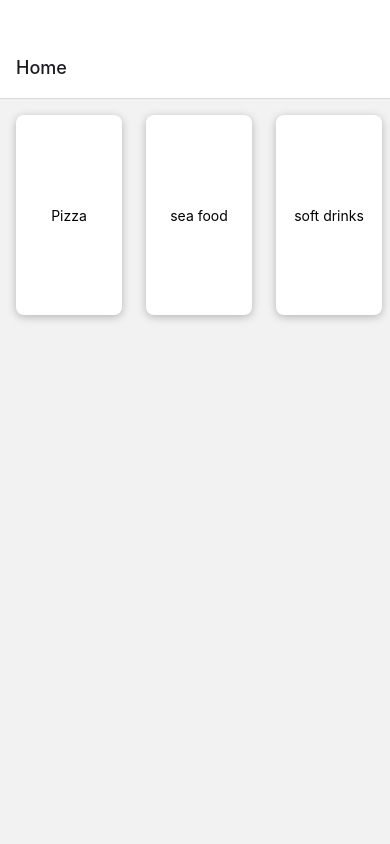
Repository: Esraa22M/ReactNative
Screen: /
The author's editor kept a copy of each file at every save. The screen is drawn from the files as they stood at one save, then again after the next save.
Pictures or frames that could not be fetched are drawn as grey boxes. The app was drawn by React Native's web renderer in a window 390 px wide. The project was rebuilt for these pictures with package versions that can differ from the ones it lists, and the page was loaded fresh each time. Also part of the build but not shown: src/components/header/header.component.js, src/colors/front-screen-colors/user-auth-colors.js, src/components/header/header.styles.js, src/components/textInput/textInput.styles.js, src/components/textInput/textInput.components.jsx, src/components/singup-form-body/singup-form-body.components.js, src/screens/front-screen/Singup/singup-screen.screens.jsx, src/authentication/api/login-info.js and 2 more.

Above is the screen before, as saved 2023-09-21 00:46:07.

### App.js
import { SafeAreaView } from "react-native";
import { singupStyles } from "./src/screens/front-screen/Singup/singup-screen.styles";
import { Singup } from "./src/screens/front-screen/Singup/singup-screen.screens";
import UserCard from "./src/screens/front-screen/user-card/user-card.screens";
import { NavigationContainer } from "@react-navigation/native";
import { createStackNavigator } from "@react-navigation/stack";
import { Home } from "./src/screens/front-screen/home/home.screens";
const Stack = createStackNavigator();
export default function App() {
  return (
    <SafeAreaView style={singupStyles.container}>
      {/* <UserCard /> */}
      <NavigationContainer>
        <Stack.Navigator>
          <Stack.Screen name="Home" component={Home} />
        </Stack.Navigator>
      </NavigationContainer>
    </SafeAreaView>
  );
}

### src/screens/front-screen/Singup/singup-screen.styles.jsx
import { StyleSheet } from "react-native";
export const singupStyles = StyleSheet.create({
  container: { flex: 1, marginTop: 35 },
});

### src/screens/front-screen/home/home.screens.js
import { View, Text } from "react-native";
import { Categories } from "../../../components/categories/categories.components";
export const Home = () => {
  return (
    <>
      <Categories />
    </>
  );
};

### src/components/categories/categories.components.js
import { categories } from "../../data/dummay__data";
import { FlatList } from "react-native";
import { CategoryItem } from "./category-item.components";
export const Categories = () => {
  function renderCategoryItem(itemData) {
    return <CategoryItem item={itemData.item} />;
  }
  return (
    <FlatList
      numColumns={3}
      data={categories}
      renderItem={renderCategoryItem}
      keyExtractor={(item) => item.id}
    />
  );
};

### src/data/dummay__data.js
import { Category } from "../modal/category.modals";
export const categories = [
  new Category(
    "1pizza",
    "Pizza",
    "https://img.freepik.com/free-vector/flying-slice-pizza-cartoon-vector-illustration-fast-food-concept-isolated-vector-flat-cartoon-style_138676-1934.jpg?w=740&t=st=1695067102~exp=1695067702~hmac=7d47136b0dff2be87480dc1a22a28658daa67f706d90b59d117303a312dc6c16"
  ),
  new Category(
    "sea_food2",
    "sea food",
    "https://img.freepik.com/free-vector/seafood-products-set_98292-1624.jpg?w=740&t=st=1695067277~exp=1695067877~hmac=62082bdd900b5c830349f2bb8f3cd3466fcfb5395c4f24459194aeaeb256cb2c"
  ),
  new Category(
    "3softDrinks",
    "soft drinks",
    "https://img.freepik.com/free-vector/soda-cups-drink_24877-57922.jpg?w=740&t=st=1695067422~exp=1695068022~hmac=60b80d144880f8a8413a85c867ecfc35a38170c71354acfc84aa5b82ae30d594"
  ),
];

### src/components/categories/category-item.components.js
import { View, Text, Image, StyleSheet, Pressable } from "react-native";
import { HomeColors } from "../../colors/front-screen-colors/home-colors";
export const CategoryItem = ({ item }) => {
  const { name, image } = item;
  console.log(item);
  return (
    <View style={styles.container}>
      <Pressable>
        <Image source={{ uri: image }} />
        <Text>{name}</Text>
      </Pressable>
    </View>
  );
};
const styles = StyleSheet.create({
  container: {
    flex: 1,
    height: 200,
    justifyContent: "center",
    backgroundColor: HomeColors.LIGHT_COLOR,
    alignItems: "center",
    shadowColor: "black",
    shadowOpacity: 0.25,
    shadowOffset: { width: 0, height: 2 },
    shadowRadius: 8,
    marginVertical: 16,
    marginLeft: 16,
    marginRight: 8,
    elevation: 4,
    alignItems: "center",
    borderRadius: 8,
  },
  image: { width: 23, height: 23 },
});

### src/modal/category.modals.js
export class Category {
  constructor(id, name, image) {
    this.id = id;
    this.name = name;
    this.image = image;
  }
}

### src/colors/front-screen-colors/home-colors.js
export const HomeColors = { LIGHT_COLOR: "white", ACTIVE_COLOR: "#FFBF00" };

After the next save:
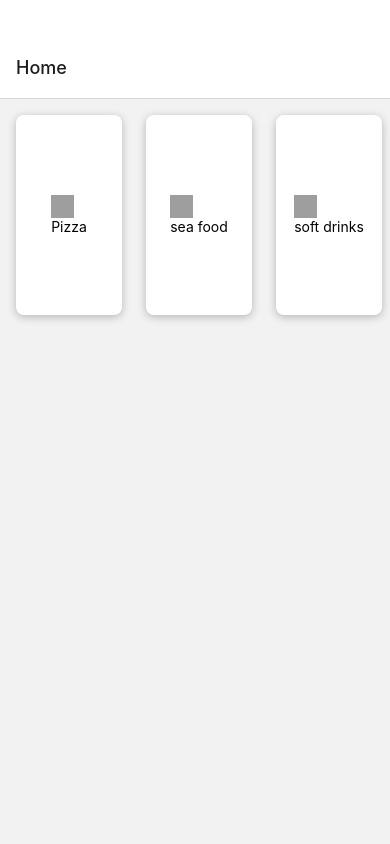
Saved 17 s later.
--- a/src/components/categories/category-item.components.js
+++ b/src/components/categories/category-item.components.js
@@ -6,7 +6,7 @@ export const CategoryItem = ({ item }) => {
   return (
     <View style={styles.container}>
       <Pressable>
-        <Image source={{ uri: image }} />
+        <Image source={{ uri: image }} style={styles.image} />
         <Text>{name}</Text>
       </Pressable>
     </View>
